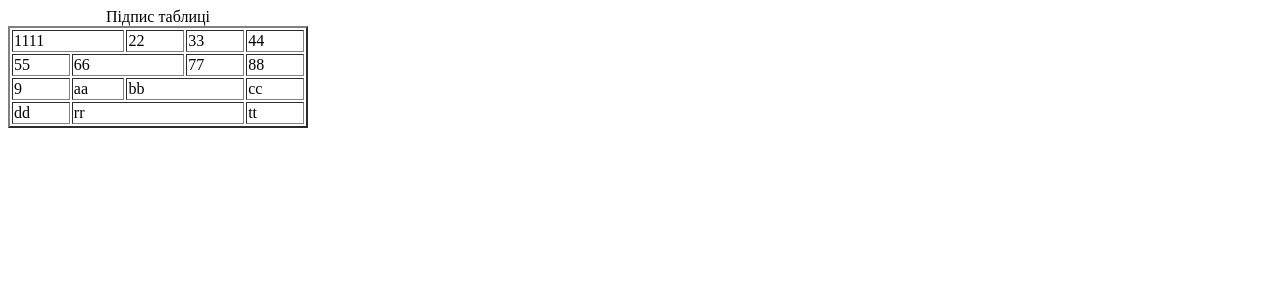
Repository: KseniaMakara/Web
Page: tables/index.html
These files come from the project's save history. The page is drawn as it stood at one moment and after the next save; the edit follows.
The browser window is 1280 px wide. The pictures show the whole page.

Above is the page before, as saved 2021-02-14 12:21:27.

After the next save:
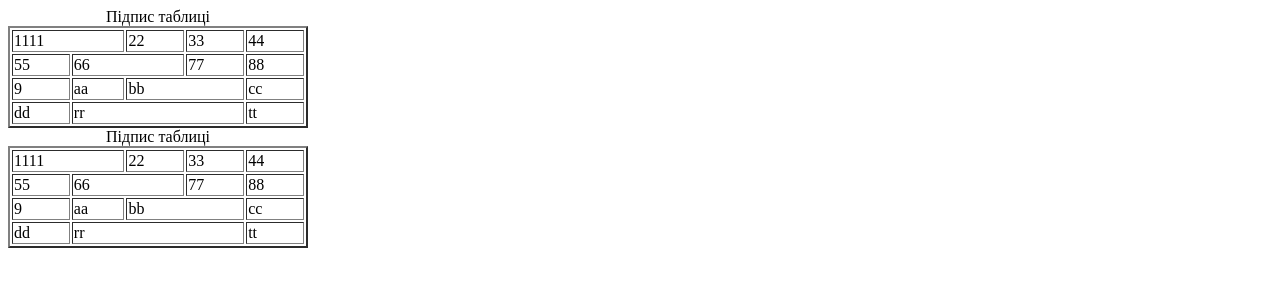
Saved 100 min 40 s later.
--- a/tables/index.html
+++ b/tables/index.html
@@ -26,3 +26,33 @@
     </tr>
 
     </table>
+
+
+    <table border="2px" width="300px">
+        <caption>Підпис таблиці</caption>
+        <tr>
+            <td colspan="2"> 1111 </td>
+            <td> 22 </td>
+            <td> 33 </td>
+            <td> 44 </td>
+
+        </tr>
+        <tr>
+            <td> 55 </td>
+            <td colspan="2"> 66 </td>
+            <td > 77 </td>
+            <td> 88 </td>
+        </tr>
+        <tr>
+            <td> 9 </td>
+            <td > aa </td>
+            <td colspan="2"> bb </td>
+            <td> cc </td>
+        </tr>
+        <tr>
+            <td> dd </td>
+            <td colspan="3"> rr </td>
+            <td> tt </td>
+        </tr>
+
+        </table>
